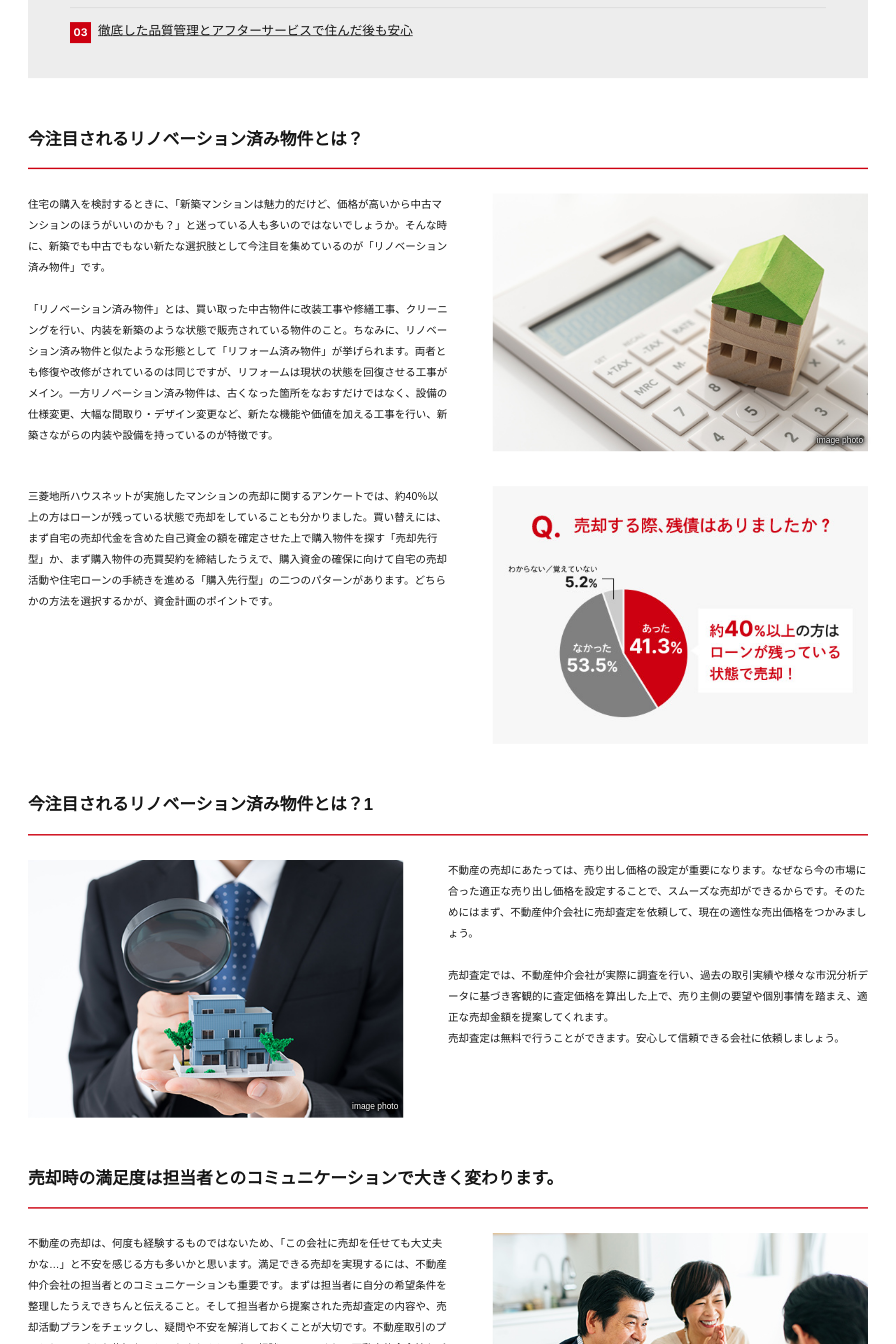
Repository: duongspm/group-kansai_new-data
Page: group-kansai_new/pickup/column07.html
The author's editor kept a copy of each file at every save. The page is drawn from the files as they stood at one save, then again after the next save.
The browser window is 1280 px wide. The pictures show the part of the page from y = 941 to 2861 px (the page is 3878 px tall before and 3870 px after), at 70% of full size.

Above is the page before, as saved 2023-06-30 14:58:27.

After the next save:
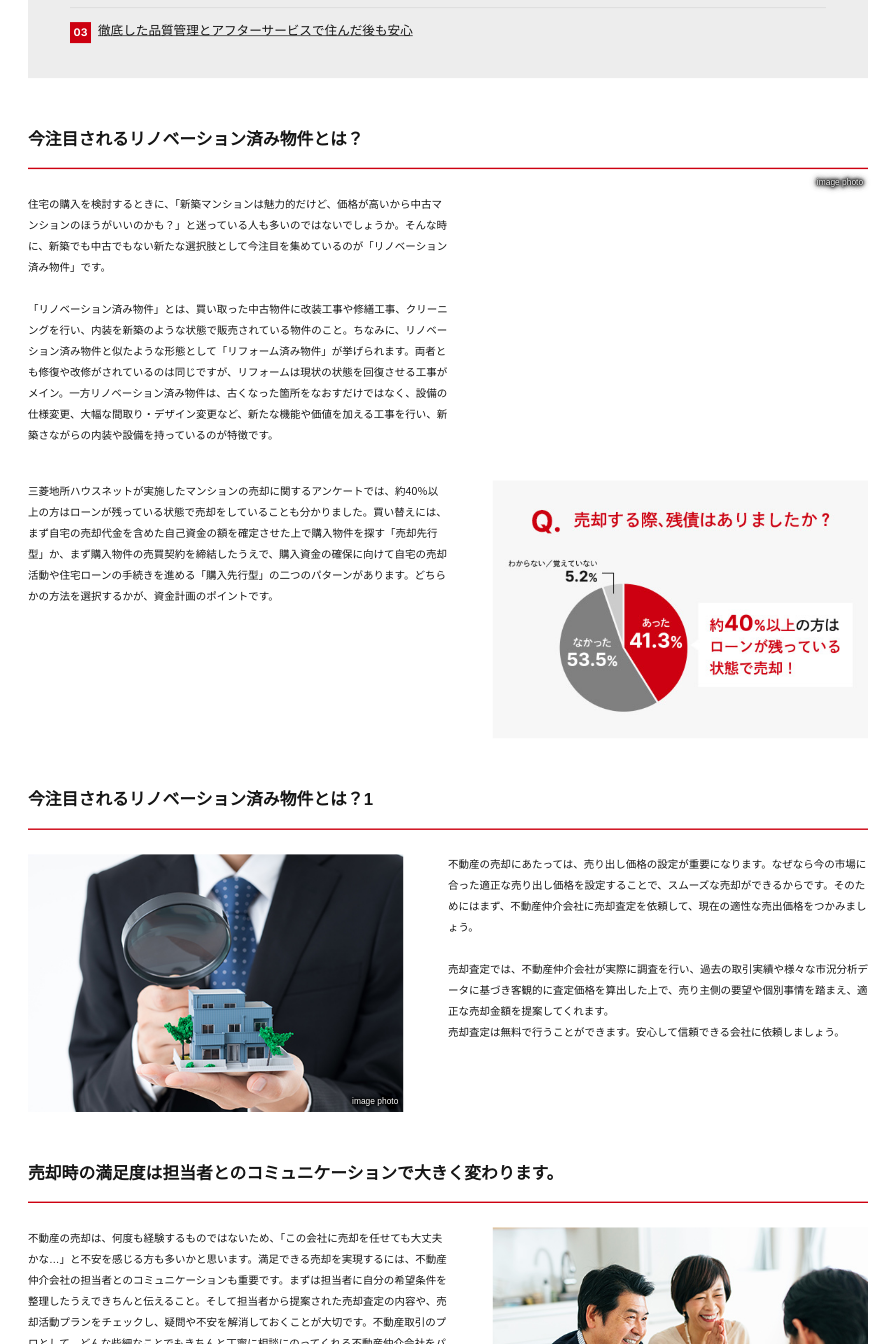
Saved 28 s later.
--- a/group-kansai_new/pickup/column07.html
+++ b/group-kansai_new/pickup/column07.html
@@ -134,7 +134,7 @@
                         <p>「リノベーション済み物件」とは、買い取った中古物件に改装工事や修繕工事、クリーニングを行い、内装を新築のような状態で販売されている物件のこと。ちなみに、リノベーション済み物件と似たような形態として「リフォーム済み物件」が挙げられます。両者とも修復や改修がされているのは同じですが、リフォームは現状の状態を回復させる工事がメイン。一方リノベーション済み物件は、古くなった箇所をなおすだけではなく、設備の仕様変更、大幅な間取り・デザイン変更など、新たな機能や価値を加える工事を行い、新築さながらの内装や設備を持っているのが特徴です。</p>
                     </div>
                     <div class="column-box_img">
-                        <img src="img/vol_01/img_01.jpg" alt="image photo">
+                        <!-- <img src="img/vol_01/img_01.jpg" alt="image photo"> -->
                         <p class="cap-abs_right shadow">image photo</p>
                     </div>
                 </div>

After the 2 saves that followed:
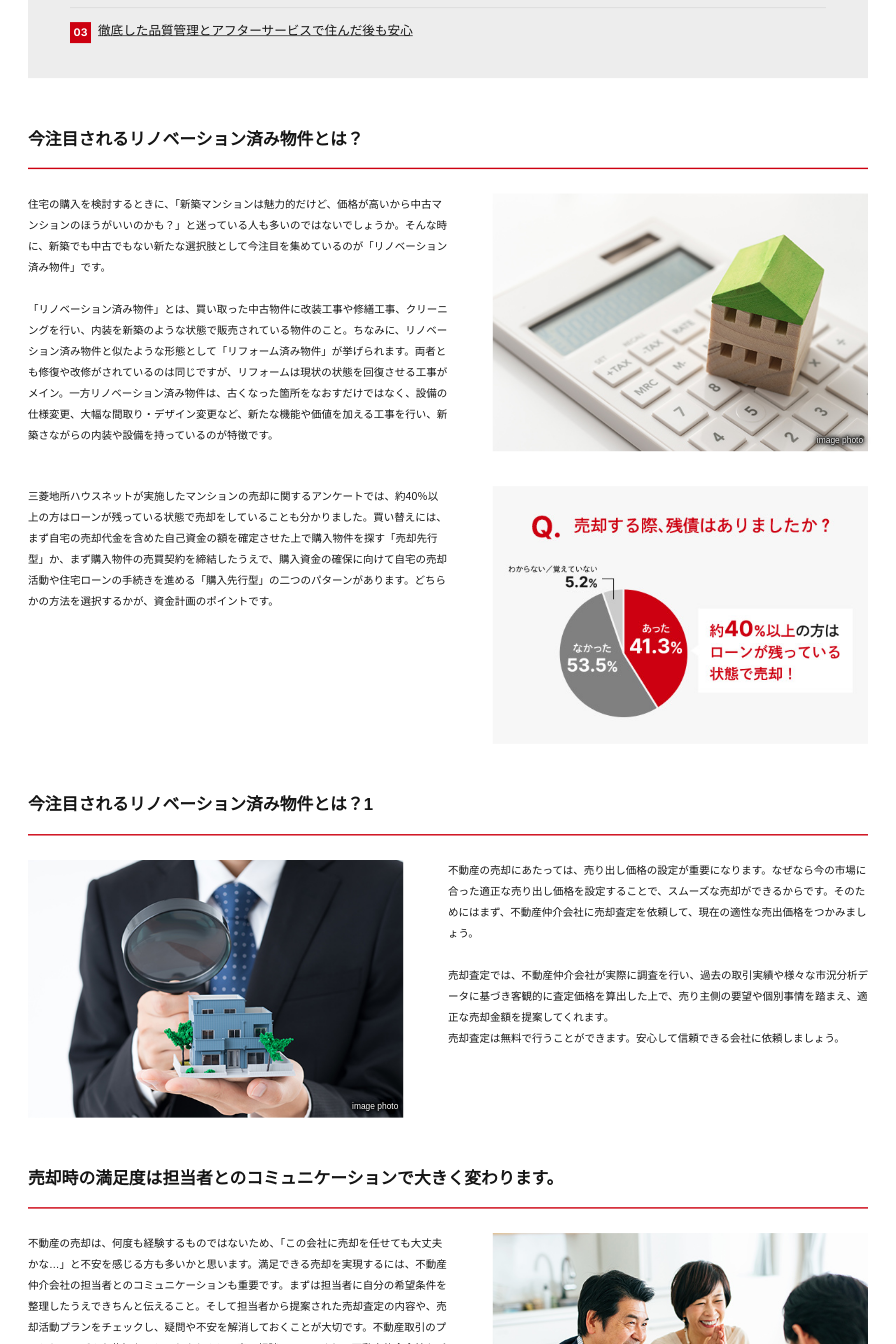
The 2 saves are shown as one change because they came seconds apart.
The last was saved 6 s later.
--- a/group-kansai_new/pickup/column07.html
+++ b/group-kansai_new/pickup/column07.html
@@ -135,6 +135,8 @@
                     </div>
                     <div class="column-box_img">
                         <!-- <img src="img/vol_01/img_01.jpg" alt="image photo"> -->
+                        <img src="img/vol_01/img_01.jpg" alt="image photo">
+
                         <p class="cap-abs_right shadow">image photo</p>
                     </div>
                 </div>
